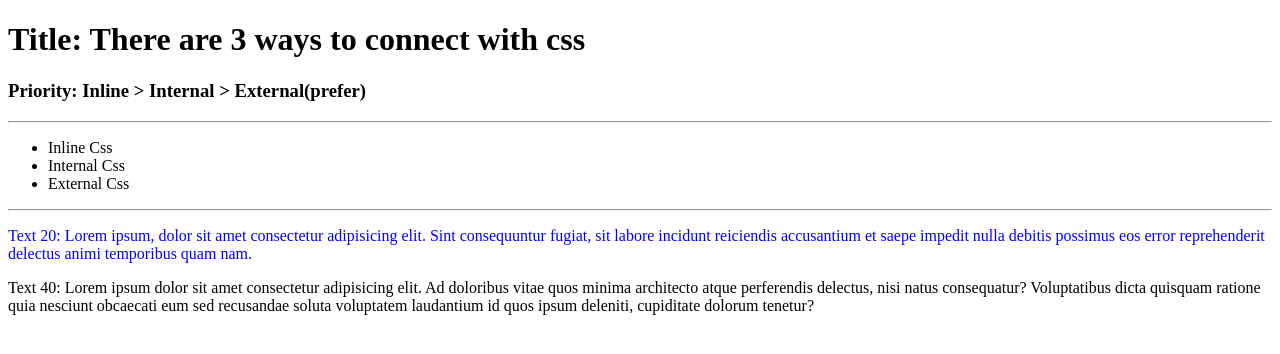
Repository: j4tdn/java18-repository
Page: 2. CSS3/ex02-css-selector-class-id.html
These files come from the project's save history. The page is drawn as it stood at one moment and after the next save; the edit follows.
The browser window is 1280 px wide. The pictures show the whole page.

Above is the page before, as saved 2023-10-21 17:46:04.

After the next save:
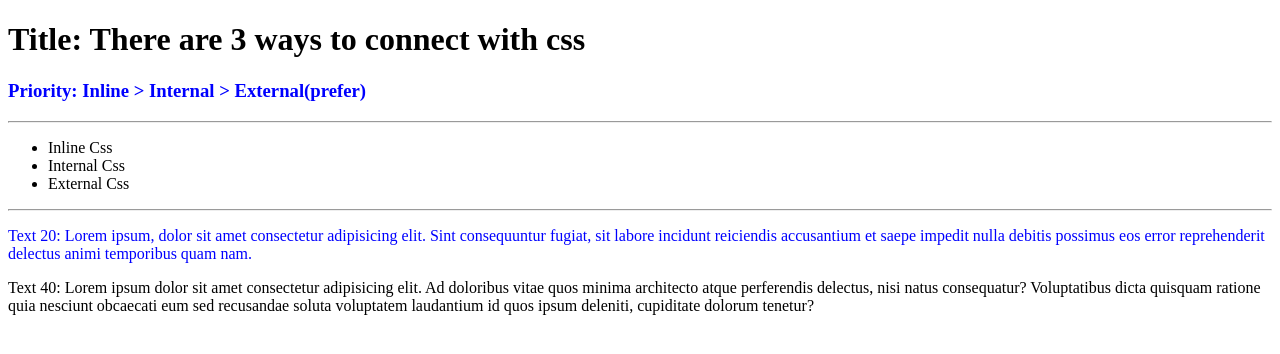
Saved 24 s later.
--- a/2. CSS3/ex02-css-selector-class-id.html
+++ b/2. CSS3/ex02-css-selector-class-id.html
@@ -10,7 +10,7 @@
   <body>
     <!-- html comments -->
     <h1>Title: There are 3 ways to connect with css</h1>
-    <h3>Priority: Inline > Internal > External(prefer)</h3>
+    <h3 class="text20">Priority: Inline > Internal > External(prefer)</h3>
 
     <hr />
 
